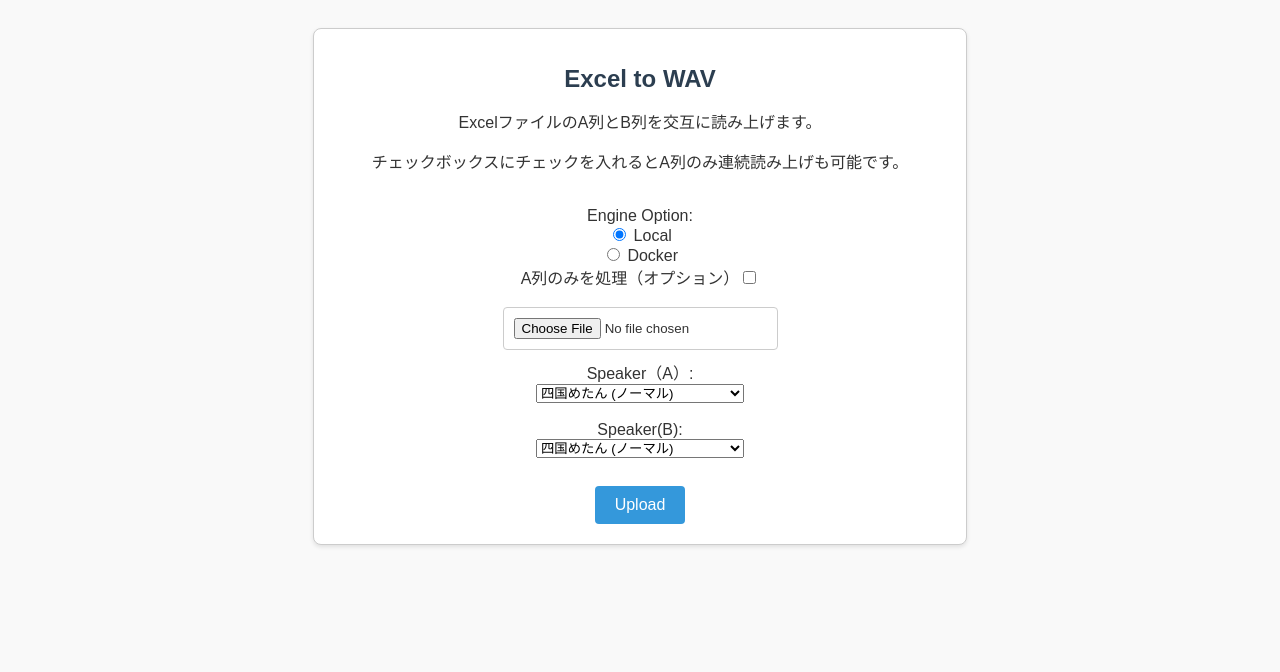
Repository: limonene213u/Excel-to-VOICE
Page: http://localhost/
These files come from the project's save history. The page is drawn as it stood at one moment and after the next save; the edit follows.
The browser window is 1280 px wide. The pictures show the whole page.
The page is served by the project's application, run on Flask 3 (volume/app.py).

Above is the page before, as saved 2023-10-11 10:42:54.

After the next save:
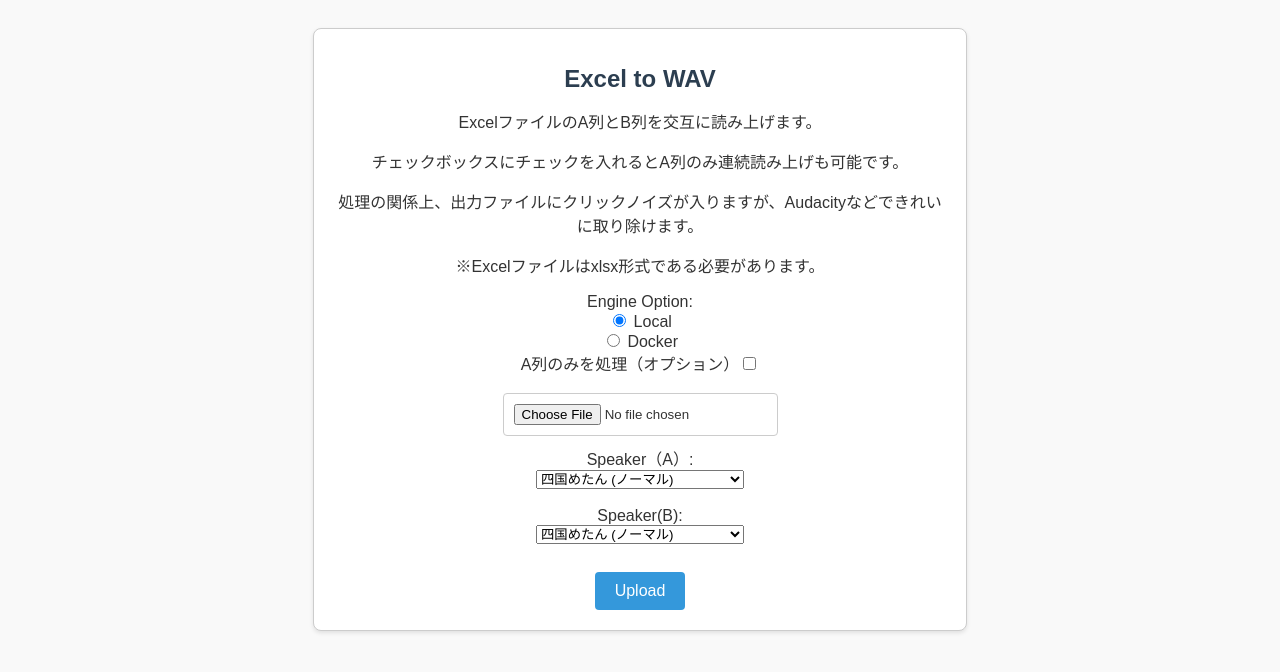
Saved 112 s later.
--- a/volume/templates/index.html
+++ b/volume/templates/index.html
@@ -51,7 +51,9 @@
     <div id="upload-form">
         <h1>Excel to WAV</h1>
         <p style="text-align: center;">ExcelファイルのA列とB列を交互に読み上げます。</p>
-        <p style="text-align: center;">チェックボックスにチェックを入れるとA列のみ連続読み上げも可能です。</p><br>
+        <p style="text-align: center;">チェックボックスにチェックを入れるとA列のみ連続読み上げも可能です。</p>
+        <p style="text-align: center;">処理の関係上、出力ファイルにクリックノイズが入りますが、Audacityなどできれいに取り除けます。</p>
+        <p style="text-align: center;">※Excelファイルはxlsx形式である必要があります。</p>
     <form action="/upload" method="post" enctype="multipart/form-data">
         <label for="engine-option">Engine Option:</label><br>
         <input type="radio" id="local-engine" name="engine-option" value="local" checked>
